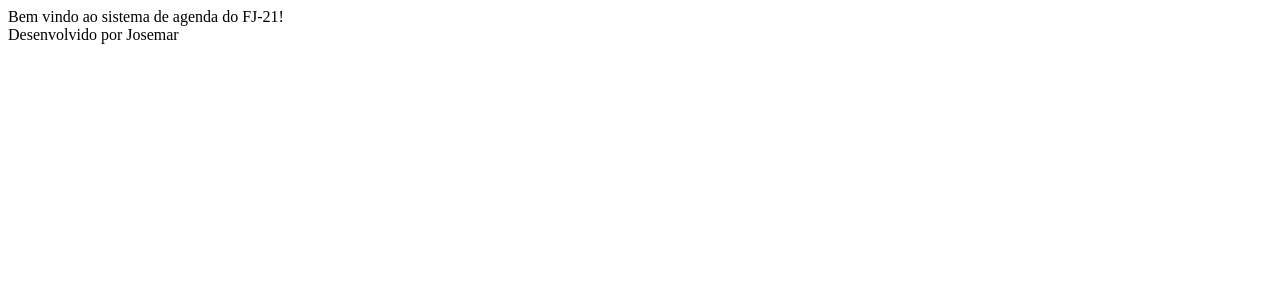
Repository: josemarfp/javaweb
Page: http://localhost/fj21-agenda/bemvindo.jsp
The author's editor kept a copy of each file at every save. The page is drawn from the files as they stood at one save, then again after the next save.
The browser window is 1280 px wide. The pictures show the whole page.
The page is served by Tomcat 9. Other server files are loaded and not shown.

Above is the page before, as saved 2016-12-23 04:59:53.

### fj21-agenda/WebContent/bemvindo.jsp
<%@ page language="java" contentType="text/html; charset=ISO-8859-1"
    pageEncoding="ISO-8859-1"%>
<!DOCTYPE html PUBLIC "-//W3C//DTD HTML 4.01 Transitional//EN" "http://www.w3.org/TR/html4/loose.dtd">
<html>
<head>
<meta http-equiv="Content-Type" content="text/html; charset=ISO-8859-1">
<title>Insert title here</title>
</head>
<body>
	<%-- comentário em JSP aqui: nossa primeira página JSP --%>
	<%String mensagem = "Bem vindo ao sistema de agenda do FJ-21!";%>
	<% out.println(mensagem); %>
	<br />
	<%String desenvolvido = "Desenvolvido por Josemar";%>
	<%= desenvolvido %>
	<br />
	<%System.out.println("Tudo foi executado!");%>
</body>
</html>

After the next save:
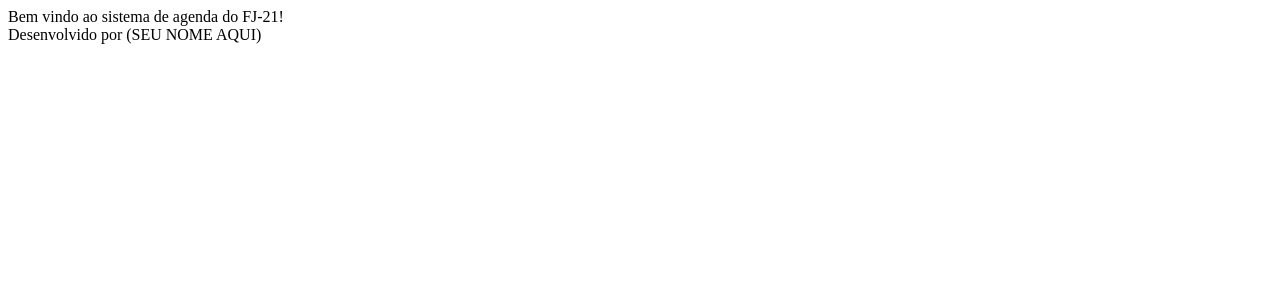
Saved 102 s later.
--- a/fj21-agenda/WebContent/bemvindo.jsp
+++ b/fj21-agenda/WebContent/bemvindo.jsp
@@ -7,13 +7,24 @@
 <title>Insert title here</title>
 </head>
 <body>
-	<%-- comentário em JSP aqui: nossa primeira página JSP --%>
-	<%String mensagem = "Bem vindo ao sistema de agenda do FJ-21!";%>
-	<% out.println(mensagem); %>
-	<br />
-	<%String desenvolvido = "Desenvolvido por Josemar";%>
-	<%= desenvolvido %>
-	<br />
-	<%System.out.println("Tudo foi executado!");%>
+
+
+
+<%-- comentário em JSP aqui: nossa primeira página JSP --%>
+<%
+String mensagem = "Bem vindo ao sistema de agenda do FJ-21!";
+%>
+<% out.println(mensagem); %>
+<br />
+<%
+String desenvolvido = "Desenvolvido por (SEU NOME AQUI)";
+%>
+<%= desenvolvido %>
+<br />
+<%
+System.out.println("Tudo foi executado!");
+%>
+
+
 </body>
 </html>

After the save that followed:
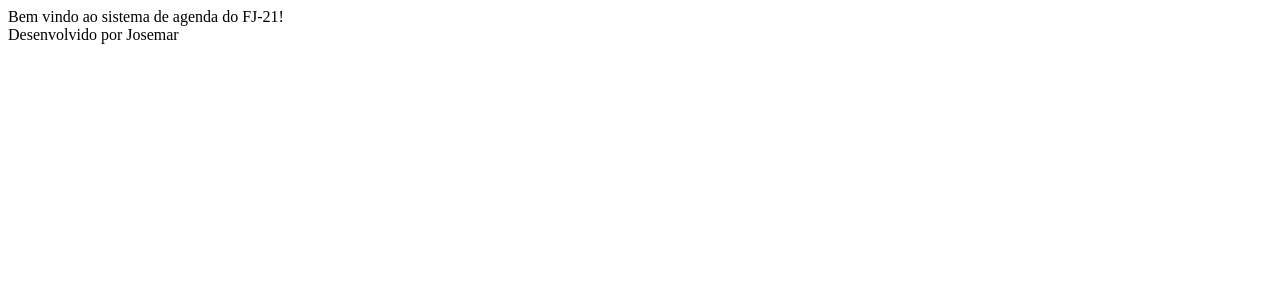
Saved 43 s later.
--- a/fj21-agenda/WebContent/bemvindo.jsp
+++ b/fj21-agenda/WebContent/bemvindo.jsp
@@ -10,20 +10,20 @@
 
 
 
-<%-- comentário em JSP aqui: nossa primeira página JSP --%>
-<%
-String mensagem = "Bem vindo ao sistema de agenda do FJ-21!";
-%>
-<% out.println(mensagem); %>
-<br />
-<%
-String desenvolvido = "Desenvolvido por (SEU NOME AQUI)";
-%>
-<%= desenvolvido %>
-<br />
-<%
-System.out.println("Tudo foi executado!");
-%>
+	<%-- comentário em JSP aqui: nossa primeira página JSP --%>
+	<%
+	String mensagem = "Bem vindo ao sistema de agenda do FJ-21!";
+	%>
+	<% out.println(mensagem); %>
+	<br />
+	<%
+	String desenvolvido = "Desenvolvido por Josemar";
+	%>
+	<%= desenvolvido %>
+	<br />
+	<%
+	System.out.println("Tudo foi executado!");
+	%>
 
 
 </body>
